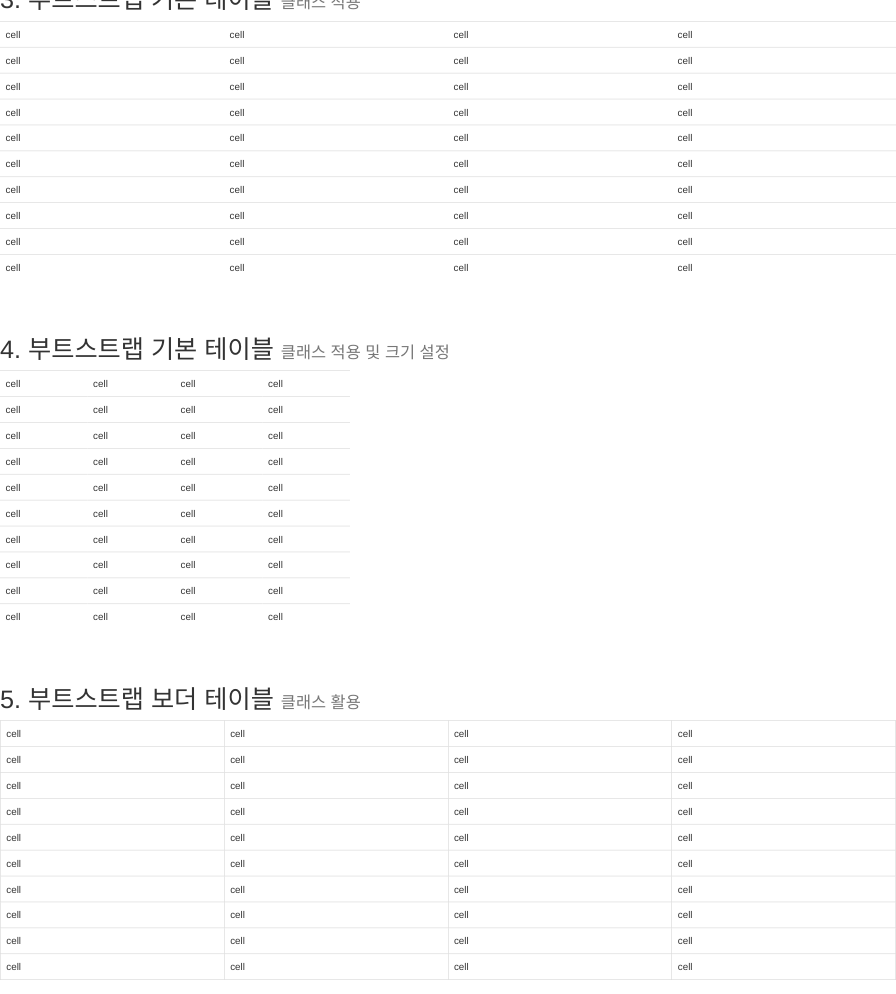
Repository: abbyinkr/BootstrapStudy
Page: BootStrapWork/WebContent/BootEx02.html
The author's editor kept a copy of each file at every save. The page is drawn from the files as they stood at one save, then again after the next save.
The browser window is 1280 px wide. The pictures show the part of the page from y = 670 to 2590 px (the page is 2090 px tall before and 2590 px after), at 70% of full size.

Above is the page before, as saved 2021-07-01 03:37:47.

After the next save:
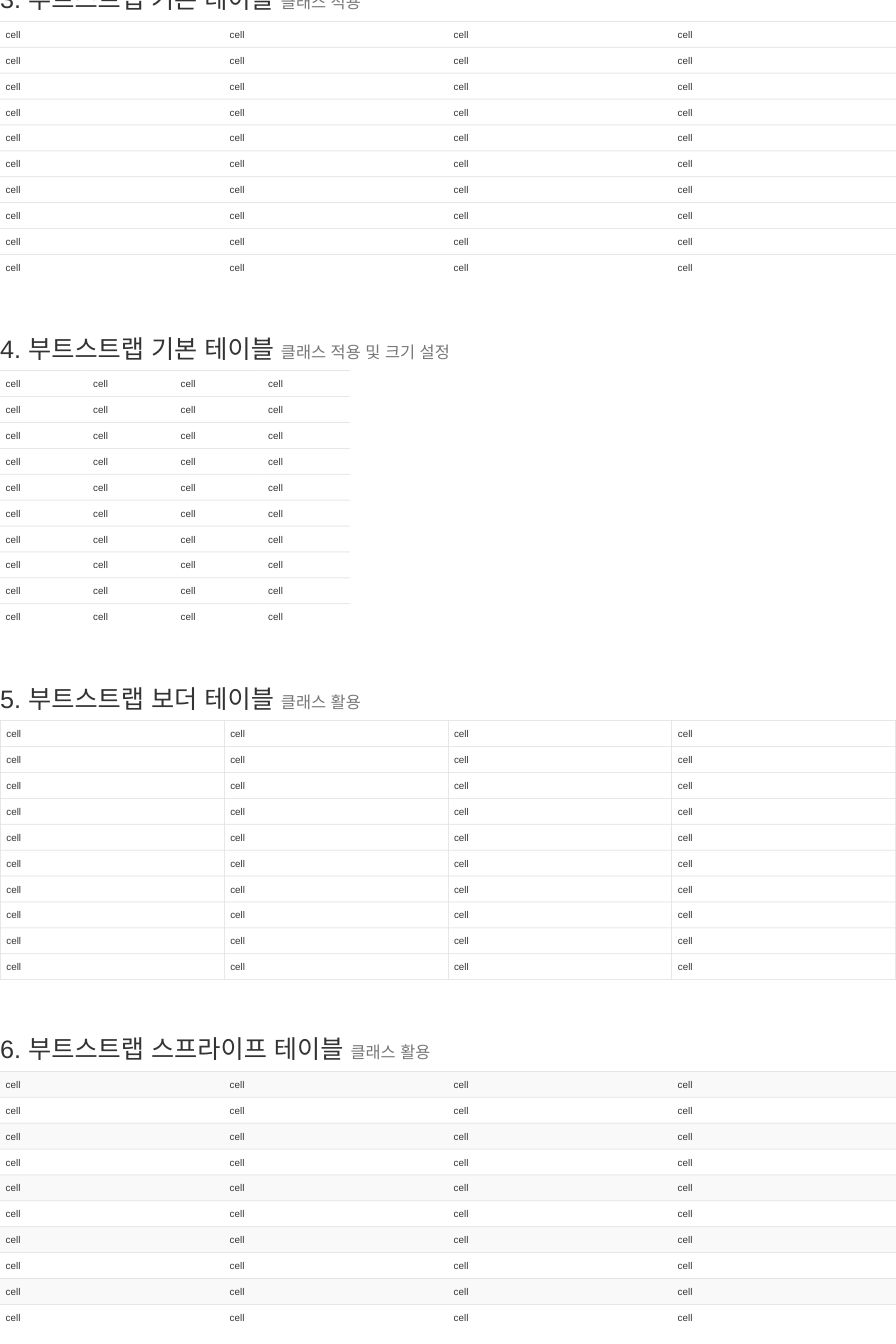
Saved 67 s later.
--- a/BootStrapWork/WebContent/BootEx02.html
+++ b/BootStrapWork/WebContent/BootEx02.html
@@ -368,6 +368,73 @@
 	</tr>
 </table>
 
+<br /><br />
+
+<h1>6. 부트스트랩 스프라이프 테이블 <small>클래스 활용</small> </h1>
+
+<table class="table table-striped">
+	<tr>
+		<td>cell</td>
+		<td>cell</td>
+		<td>cell</td>
+		<td>cell</td>
+	</tr>
+	<tr>
+		<td>cell</td>
+		<td>cell</td>
+		<td>cell</td>
+		<td>cell</td>
+	</tr>
+	<tr>
+		<td>cell</td>
+		<td>cell</td>
+		<td>cell</td>
+		<td>cell</td>
+	</tr>
+	<tr>
+		<td>cell</td>
+		<td>cell</td>
+		<td>cell</td>
+		<td>cell</td>
+	</tr>
+	<tr>
+		<td>cell</td>
+		<td>cell</td>
+		<td>cell</td>
+		<td>cell</td>
+	</tr>
+	<tr>
+		<td>cell</td>
+		<td>cell</td>
+		<td>cell</td>
+		<td>cell</td>
+	</tr>
+	<tr>
+		<td>cell</td>
+		<td>cell</td>
+		<td>cell</td>
+		<td>cell</td>
+	</tr>
+	<tr>
+		<td>cell</td>
+		<td>cell</td>
+		<td>cell</td>
+		<td>cell</td>
+	</tr>
+	<tr>
+		<td>cell</td>
+		<td>cell</td>
+		<td>cell</td>
+		<td>cell</td>
+	</tr>
+	<tr>
+		<td>cell</td>
+		<td>cell</td>
+		<td>cell</td>
+		<td>cell</td>
+	</tr>
+</table>
+
 
 
 
